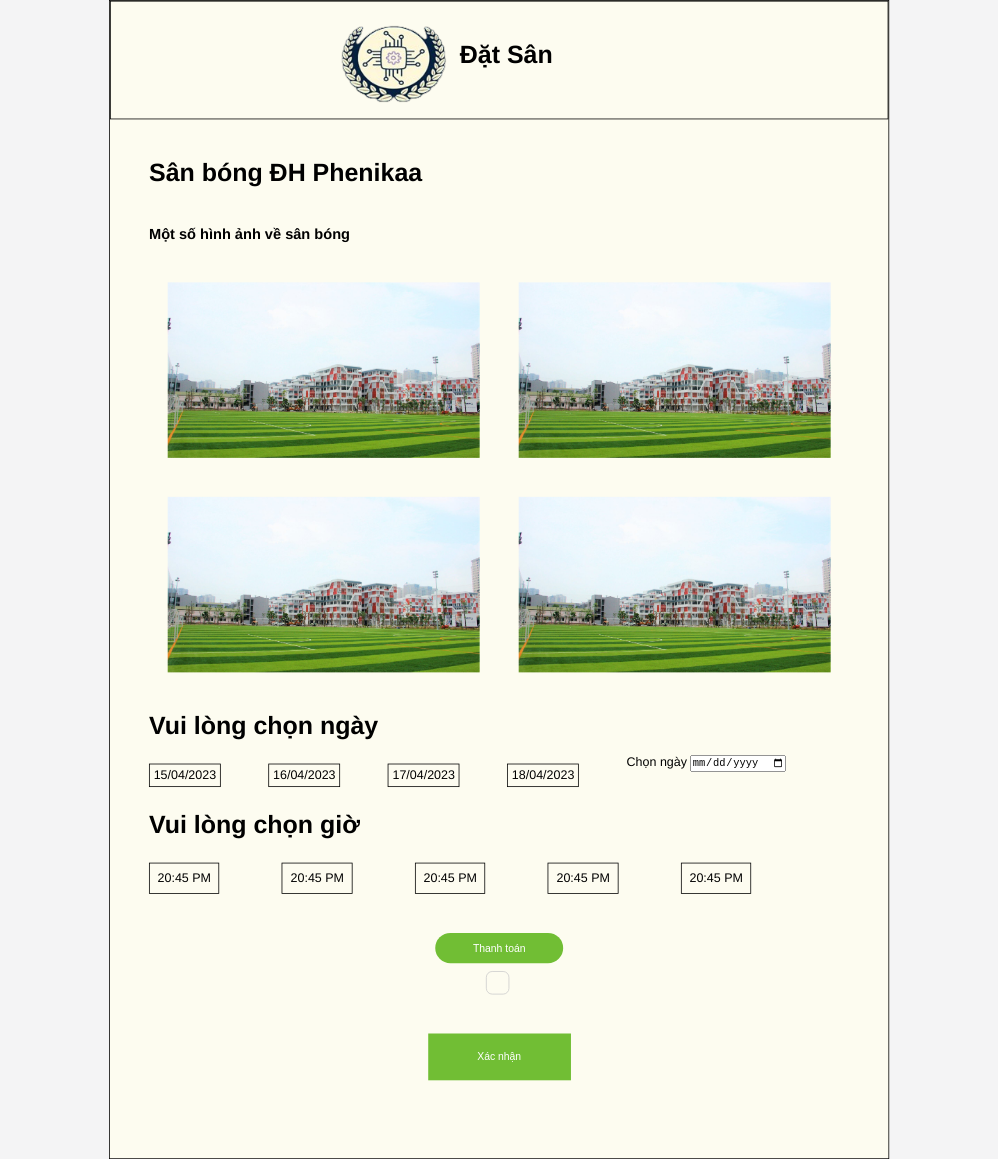
Repository: tus3300/BTL
Page: code/tacket.html
An editor plug-in stored every save of this project. The page is shown before and after a run of saves, followed by the edit.
The browser window is 1280 px wide. The pictures show the whole page, at 78% of full size.

Above is the page before, as saved 2023-05-21 00:27:04.

After the next 2 saves:
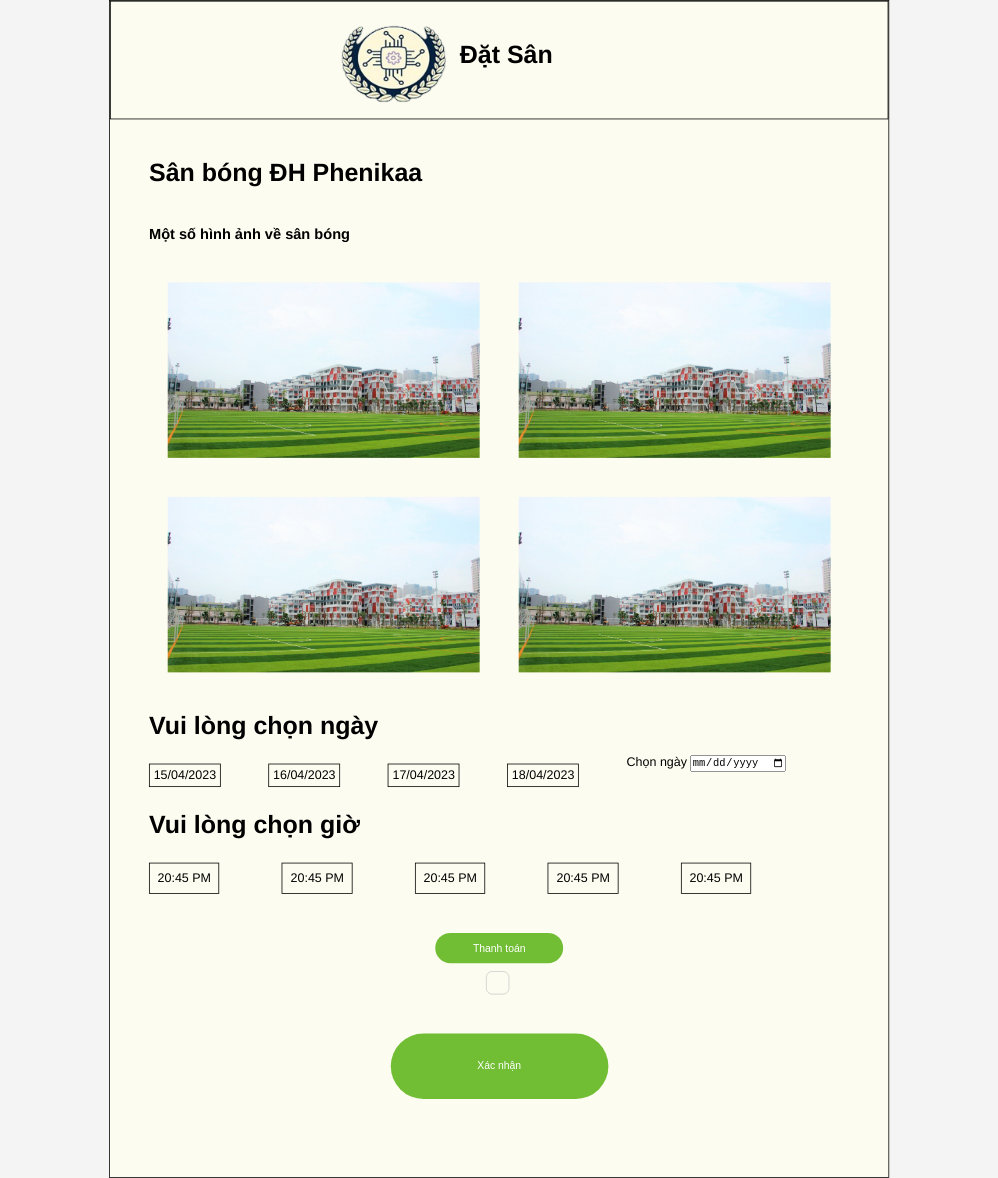
The 2 saves are shown as one change because they came seconds apart.
The last was saved 13 s later.
--- a/code/tacket.html
+++ b/code/tacket.html
@@ -141,7 +141,7 @@
             </label>
         </div>
         <div class="check-ticket">
-         <div class="onclick="showSuccessToast()"class="btn btn--success"> <a href="" class=""><button>Xác nhận</button></a></div>
+         <div onclick="showSuccessToast()"class="btn btn--success"> <a href="" class=""><button>Xác nhận</button></a></div>
         </div>
     </div>
 
